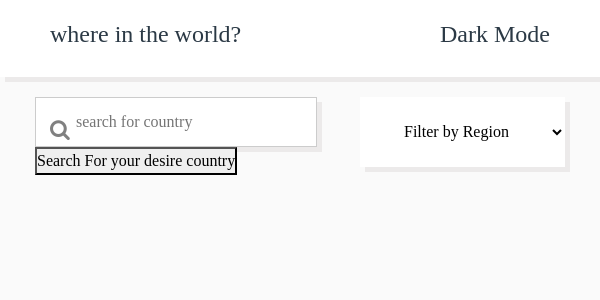
Repository: lamilekan263/countries
Page: /
An editor plug-in stored every save of this project. The page is shown before and after a run of saves, followed by the edit.
The browser window is 600 px wide. The pictures show the whole page.
The page's requests for data from a server got no answer. The project was rebuilt for these pictures with package versions that can differ from the ones it lists, and the page was loaded fresh each time. No one was signed in, and anything a server would have sent is missing. Also part of the build but not shown: src/components/country/country.css, src/components/country/country.jsx, src/components/selectCountryRegion/selectCountryRegion.styles.css, src/components/selectCountryRegion/selectCountryRegion.component.jsx.

Above is the page before, as saved 2020-07-30 16:43:59.

### src/index.js
import React from 'react';
import ReactDOM from 'react-dom';
import 'bootstrap/dist/css/bootstrap.css'
import App from './App';
import './App.css'

ReactDOM.render(
  <React.StrictMode>
    <App />
  </React.StrictMode>,
  document.getElementById('root')
);

// If you want your app to work offline and load faster, you can change
// unregister() to register() below. Note this comes with some pitfalls.
// Learn more about service workers: https://bit.ly/CRA-PWA
if(module.hot){
  module.hot.accept()
}

### src/App.js
import React, {Component} from 'react';
import NavBar from './components/Navbar/navBar.component'
import CountryList from './components/country-list/country-list.component'
import MyForm from './components/form.component/form.component'

class App extends Component {
  constructor(){
    super();
    this.state={
      countries :[


      ],
      searchValue : ''

      }
  }
    componentDidMount(){
    fetch('https://restcountries.eu/rest/v2/all')
    .then(response => response.json())
    .then(countries => console.log(countries))
  }

  handleCountry = e =>{
    this.setState({searchValue : e.target.value})
    console.log(e)

  }

  render() {
    const {countries, searchValue} = this.state
    const filteredCountries = countries.filter(country => country.name.toLowerCase().includes(searchValue.toLowerCase()))
    return (
      <div>
        <NavBar  />
        <MyForm handleChange ={this.handleCountry}/>
          <CountryList countries = {filteredCountries} />


      </div>
    );
  }
}

export default App;

### src/components/Navbar/navBar.component.jsx
import React  from 'react';
import '../Navbar/navbar.styles.css'
const NavBar = () => {
    return (
        <nav >
            <div className="myContainer" id="nav-flex">
                <div>
                    <h1 >where in the world?</h1>
                </div>
                <div>
                    <h1>Dark Mode</h1>
                </div>
            </div>
        </nav>
     );
}

export default NavBar;

### src/components/country-list/country-list.component.jsx
import React from 'react';
import Country from '../country/country'
import './country-list.styles.css'
const CountryList = props => {
    return (
        <div className="country-list container-fluid">
                    <div className="flex-country">
                        {
                            props.countries.map((country,index) => (
                                    <Country key={ index } country ={country}/>
                                    ))
                                }
                    </div>
        </div>
     );
}

export default CountryList;

### src/components/form.component/form.component.jsx
import React, { useState } from 'react';
import Input from "../input.component/input.component"
import SelectDropDownByRegion from '../selectCountryRegion/selectCountryRegion.component'
import './form.styles.css';




const MyForm =props =>{
    const [text, textState] = useState('')
    const onChange = e => textState(e.target.value);

    const onSubmit = e =>{
        e.preventDefault();

    }

    return(
        <div className="container-fluid">
            <form className="myForm" onSubmit = {onSubmit}>
                <div>
                    <Input onHandleChange={props.handleChange}/>
                    <button>Search For your desire country</button>
                 </div>
                    <select name="Filter by Region">
                        <option value="">Filter by Region</option>
                        <option value="Africa">Africa</option>
                        <option value="Americas">Americas</option>
                        <option value="Asia">Asia</option>
                        <option value="Europe">Europe</option>
                        <option value="Oceania">Oceania</option>
                    </select>
            </form>

        </div>
    );
}


export default MyForm

### src/components/Navbar/navbar.styles.css

nav{
    background-color:white;
    color:hsl(209, 23%, 22%);
    box-shadow: 5px 5px rgb(236, 234, 234);
    /* position: fixed; /* Set the navbar to fixed position */
    /* top: 0px;
    overflow: hidden;
    z-index:1; */
    width:100%;

}

h1{
    font-size:1.5em;
}
#nav-flex{
    display:flex;
    justify-content: space-between;
    padding:20px;
}
.myContainer{
    width:90%;
    margin:0 auto;
    overflow:hidden;
}

### src/components/country-list/country-list.styles.css

.country-list{
    padding:0% 7%;
    margin:150px 0 20px;


}
@media(min-width:750px){
    .flex-country{
        display:flex;
        flex-wrap:wrap;
        justify-content: space-around;
    }
}

### src/components/input.component/input.component.jsx
import React from 'react';

import './input.styles.css'


const Input = props =>(
    <div className="fontuser">
            <input type="text"
                    placeholder="search for country"
                     required />
            <i className="fa fa-search fa-lg" >{props.onHandleChange}</i>
    </div>
)

export default Input;

### src/components/form.component/form.styles.css
.myForm{
    position: relative;
    top:30;
    left:10;
    display: flex;
    justify-content: space-between;
    margin:20px;
}
@media()

button{
    margin:10px 0;
    width:100%;
    border: none;
    background-color: rgb(196, 36, 97);
    color:white;
    padding:10px;
    font-weight: 700;
    font-size:1rem;
    box-shadow:5px 5px rgb(236, 234, 234);
}
select{
    padding: 12px 40px;
    height:70px;
    border: none;
    background-color: #fff;
    box-shadow:5px 5px rgb(236, 234, 234);
}
select ::after{
    padding:10px;
}

### src/components/input.component/input.styles.css
input{
    width:100%;
    border:none;
    box-shadow:5px 5px rgb(236, 234, 234);
    padding: 12px 40px;
    display: inline-block;
    border: 1px solid #ccc;
    box-sizing: border-box;
}
input :active{
    border: 1px solid red;

}
i{
    position: absolute;
    left: 15px;
    top: 25px;
    color: gray;
}

Loaded but not shown: public/index.html (common file); src/App.css (common file)

After the next 7 saves:
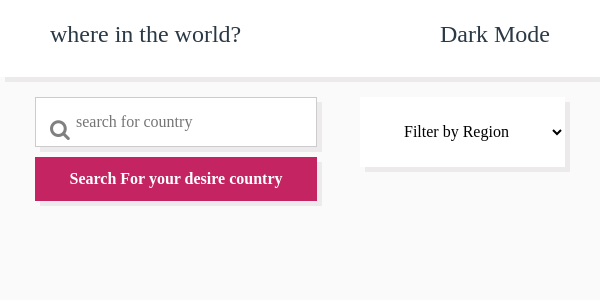
The 7 saves are shown as one change because they came seconds apart.
The last was saved 18 s later.
--- a/src/components/form.component/form.styles.css
+++ b/src/components/form.component/form.styles.css
@@ -6,7 +6,11 @@
     justify-content: space-between;
     margin:20px;
 }
-@media()
+@media(max-width:740px){
+    .myForm{
+
+    }
+}
 
 button{
     margin:10px 0;
